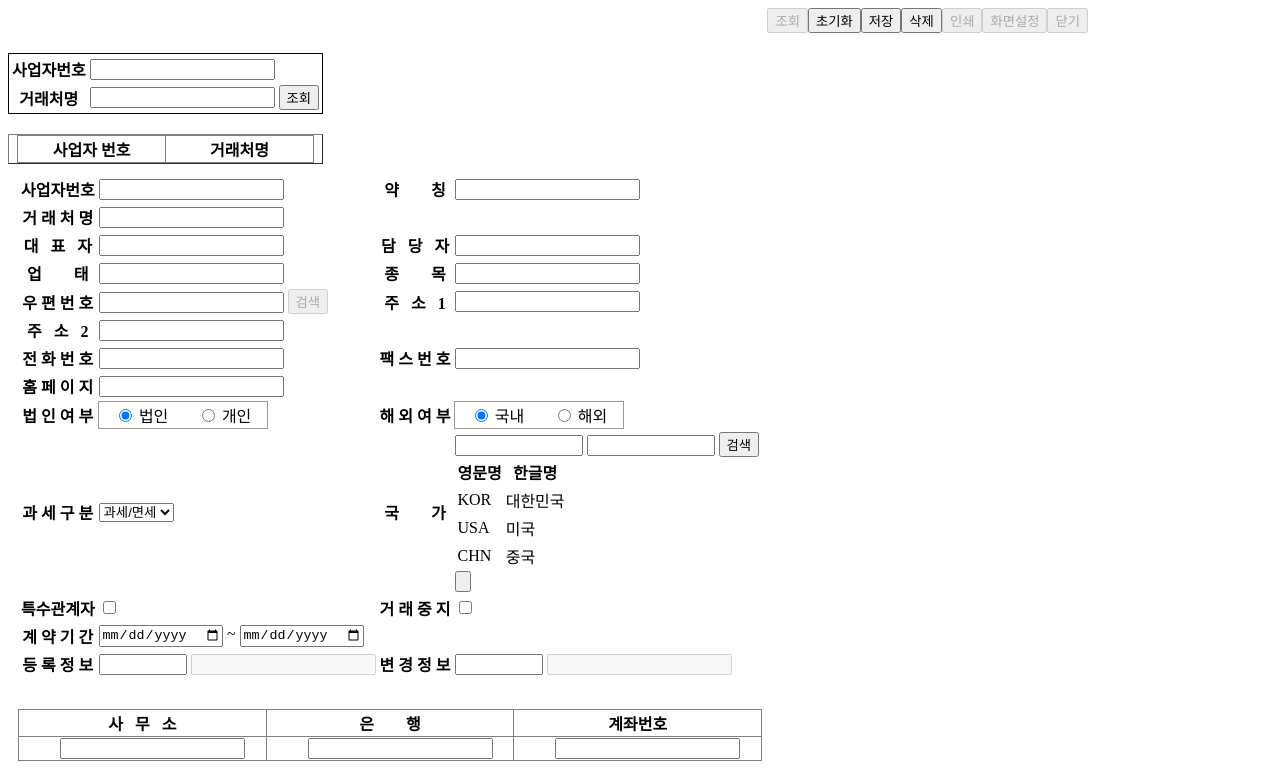
Repository: Chocobe/-practice-FrontSide-Tip
Page: http://localhost/wishTestProject/views/accountManager/accountManagerView.jsp
An editor plug-in stored every save of this project. The page is shown before and after the next save, followed by the edit.
The browser window is 1280 px wide. The pictures show the whole page.
The page is served by Tomcat 9. Nobody is signed in. The application's start-up code is not run. Other server files are loaded and not shown.

Above is the page before, as saved 2020-02-27 07:55:37.

### wishTest/wishTestProject/WebContent/views/accountManager/accountManagerView.jsp
<%@page import="java.util.Date"%>
<%@page import="java.io.File"%>
<%@ page
	language="java"
	contentType="text/html;charset=UTF-8"
	pageEncoding="UTF-8"

	info="거래처 관리 페이지"
%>

<%@ taglib prefix="c" uri="http://java.sun.com/jsp/jstl/core" %>

<c:set var="contextPath" value="<%= request.getContextPath() %>"/>


<%
	String accountManagerView_css = application.getRealPath("/css/accountManager/accountManagerView.css");
	File accountManagerView_css_file = new File(accountManagerView_css);
	Date accountManagerView_css_ver = new Date(accountManagerView_css_file.lastModified());

	String accountManagerView_js = application.getRealPath("/js/accountManager/accountManagerView.js");
	File accountManagerView_js_file = new File(accountManagerView_js);
	Date accountManagerView_js_ver = new Date(accountManagerView_js_file.lastModified());
%>

<c:set var="accountManagerView_css_ver" value="<%= accountManagerView_css_ver %>"/>
<c:set var="accountManagerView_js_ver" value="<%= accountManagerView_js_ver %>"/>


<!DOCTYPE html>
<html lang="ko">
    <head>
        <meta charset="UTF-8">
        <title>거래처 관리</title>

        <link href="${contextPath}/css/accountManager/accountManagerView.css?ver=${accountManagerView_css_ver}" rel="stylesheet" type="text/css">
    </head>

    <body>
        <div class="wrap">
            <!-- 버튼 컨테이너 -->
            <div class="buttonContainer">
                <input type="button" class="search" value="조회" disabled>
                <input type="button" class="init" value="초기화" onclick="initPage(`${contextPath}`);">
                <input type="button" class="insert" value="저장" onclick="insertData(`${contextPath}`);">
                <input type="button" class="delete" value="삭제" onclick="deleteData(`${contextPath}`);">
                <input type="button" class="print" value="인쇄" disabled>
                <input type="button" class="config" value="화면설정" disabled>
                <input type="button" class="close" value="닫기" disabled>
            </div>


            <!-- 검색 컨테이너 -->
            <div class="searchContainer">
                <!-- 검색창 -->
                <div class="searchInnerContainer">
                    <table>
                        <tr>
                            <th>사업자번호</th>

                            <td>
                                <input type="text" name="voBusiNum" class="searchVoBusiNum">
                            </td>

                            <td></td>
                        </tr>

                        <tr>
                            <th>거래처명</th>

                            <td>
                                <input type="text" name="voCustom" class="searchVoCustom">
                            </td>

                            <td>
                                <input type="submit" value="조회" onclick="searchData(`${contextPath}`);">
                            </td>
                        </tr>
                    </table>
                </div>


                <!-- 검색 결과창 -->
                <div class="resultContainer">
                    <table border="1" style="border-collapse: collapse">
                        <tr>
                            <th>사업자 번호</th>
                            <th>거래처명</th>
                        </tr>
                    </table>
                </div>
            </div>


            <!-- 입력 컨테이너 -->
            <!-- "저장"버튼 - js로 submit() -->
            <div class="insertContainer">
                <form class="insertForm" action="${contextPath}/insertCustom.do" method="POST">
                    <table>
                        <tr>
                            <th>사업자번호</th>

                            <td>
                                <input type="text" name="voBusiNum" class="voBusiNum">
                                <input type="hidden" name="voBusiNumOrigin" class="voBusiNumOrigin">
                            </td>


                            <th>약&nbsp;&nbsp;&nbsp;&nbsp;&nbsp;&nbsp;&nbsp;&nbsp;칭</th>

                            <td>
                                <input type="text" name="voShort" class="voShort">
                            </td>
                        </tr>

                        <tr>
                            <th>거 래 처 명</th>

                            <td colspan="4">
                                <input type="text" name="voCustom" class="voCustom longBox">
                            </td>
                        </tr>

                        <tr>
                            <th>대&nbsp;&nbsp;&nbsp;표&nbsp;&nbsp;&nbsp;자</th>

                            <td>
                                <input type="text" name="voCEO" class="voCEO">
                            </td>


                            <th>담&nbsp;&nbsp;&nbsp;당&nbsp;&nbsp;&nbsp;자</th>

                            <td>
                                <input type="text" name="voChargePerson" class="voChargePerson">
                            </td>
                        </tr>

                        <tr>
                            <th>업&nbsp;&nbsp;&nbsp;&nbsp;&nbsp;&nbsp;&nbsp;&nbsp;태</th>

                            <td>
                                <input type="text" name="voBusiCondition" class="voBusiCondition">
                            </td>


                            <th>종&nbsp;&nbsp;&nbsp;&nbsp;&nbsp;&nbsp;&nbsp;&nbsp;목</th>

                            <td>
                                <input type="text" name="voItem" class="voItem">
                            </td>
                        </tr>

                        <tr>
                            <th>우 편 번 호</th>

                            <td>
                                <input type="text" name="voPostNum" class="voPostNum">
                                <input type="button" class="postSearchButton" value="검색" disabled>
                            </td>

                            <th>주&nbsp;&nbsp;&nbsp;소&nbsp;&nbsp;&nbsp;1</th>

                            <td>
                                <input type="text" name="voAddr1" class="voAddr1">
                            </td>
                        </tr>

                        <tr>
                            <th>주&nbsp;&nbsp;&nbsp;소&nbsp;&nbsp;&nbsp;2</th>

                            <td colspan="3">
                                <input type="text" name="voAddr2" class="voAddr2">
                            </td>
                        </tr>

                        <tr>
                            <th>전 화 번 호</th>

                            <td>
                                <input type="text" name="voTEL" class="voTEL">
                            </td>

                            <th>팩 스 번 호</th>

                            <td>
                                <input type="text" name="voFAX" class="voFAX">
                            </td>
                        </tr>

                        <tr>
                            <th>홈 페 이 지</th>

                            <td colspan="3">
                                <input type="text" name="voHomePage" class="voHomePage">
                            </td>
                        </tr>

                        <tr>
                            <th>법 인 여 부</th>

                            <td class="alignTD" style="border: 1px solid #999;">
                                <div class="radioWrap">
                                    <input type="radio" name="voCoYN" class="voCoYN voCoYN_Y" id="voCoYN_L" value="Y" checked>
                                    <label for="voCoYN_L">법인</label>
                                </div>

                                <div class="radioWrap">
                                    <input type="radio" name="voCoYN" class="voCoYN voCoYN_N" id="voCoYN_P" value="N">
                                    <label for="voCoYN_P">개인</label>
                                </div>
                            </td>

                            <th>해 외 여 부</th>

                            <td class="alignTD" style="border: 1px solid #999;">
                                <div class="radioWrap">
                                    <input type="radio" name="voForeignYN" class="voForeignYN voForeignYN_N" id="voForeignYN_L" value="N" checked>
                                    <label for="voForeignYN_L">국내</label>
                                </div>

                                <div class="radioWrap">
                                    <input type="radio" name="voForeignYN" class="voForeignYN voForeignYN_Y" id="voForeignYN_P" value="Y">
                                    <label for="voForeignYN_P">해외</label>
                                </div>
                            </td>
                        </tr>

                        <tr>
                            <th>과 세 구 분</th>

                            <td>
                                <select name="voTaxYN" class="voTaxYN">
                                    <option value="Y" selected>과세/면세</option>
                                    <option value="N">비과세</option>
                                </select>
                            </td>

                            <th>국&nbsp;&nbsp;&nbsp;&nbsp;&nbsp;&nbsp;&nbsp;&nbsp;가</th>

                            <td>
                                <!-- 수정불가로 변경할 것 -->
                                <input type="text" name="voCountryENG" class="voCountryENG">
                                <input type="text" name="voCountryKOR" class="voCountryKOR">

                                <!-- js로 국가 목록 출력 & 위의 입력값에 대입 -->
                                <input type="button" value="검색" onclick="">

                                <div class="countryPop">
                                    <table>
                                        <tr>
                                            <th>영문명</th>
                                            <th>한글명</th>
                                        </tr>

                                        <tr>
                                            <td>KOR</td>
                                            <td>대한민국</td>
                                        </tr>

                                        <tr>
                                            <td>USA</td>
                                            <td>미국</td>
                                        </tr>

                                        <tr>
                                            <td>CHN</td>
                                            <td>중국</td>
                                        </tr>
                                    </table>

                                    <input type="button" class="countryPopCloseButton" onclick="">
                                </div>
                            </td>
                        </tr>

                        <tr>
                            <th>특수관계자</th>

                            <td>
                                <input type="checkbox" name="voSpecialRelation" class="voSpecialRelation" value="Y">
                            </td>

                            <th>거 래 중 지</th>

                            <td>
                                <input type="checkbox" name="voTradeStop" class="voTradeStop" value="Y">
                            </td>
                        </tr>

                        <tr>
                            <th>계 약 기 간</th>

                            <td colspan="3">
                                <input type="date" name="voContractPeriod_S" class="voContractPeriod_S">
                                ~
                                <input type="date" name="voContractPeriod_E" class="voContractPeriod_E">
                            </td>
                        </tr>

                        <tr>
                            <th>등 록 정 보</th>

                            <td>
                                <input type="text" name="voRegiInfoMan" class="voRegiInfoMan">
                                <input type="text" name="voRegiInfoDate" class="voRegiInfoDate" disabled>
                            </td>

                            <th>변 경 정 보</th>

                            <td>
                                <input type="text" name="voModiInfoMan" class="voModiInfoMan">
                                <input type="text" name="voModiInfoDate" class="voModiInfoDate" disabled>
                            </td>
                        </tr>
                    </table>


                    <!-- 거래처 계좌정보 -->
                    <table class="accountInfoTable" border="1" style="border-collapse: collapse;">
                        <tr>
                            <th>사&nbsp;&nbsp;&nbsp;무&nbsp;&nbsp;&nbsp;소</th>
                            <th>은&nbsp;&nbsp;&nbsp;&nbsp;&nbsp;&nbsp;&nbsp;&nbsp;행</th>
                            <th>계좌번호</th>
                        </tr>

                        <tr>
                            <td>
                                <input type="text" name="voFactory" class="voFactory">
                            </td>

                            <td>
                                <input type="text" name="voTradeBank" class="voTradeBank">
                            </td>

                            <td>
                                <input type="text" name="voAccountNum" class="voAccountNum">
                            </td>
                        </tr>
                    </table>
                </form>
            </div>
        </div>


        <script src="http://code.jquery.com/jquery-latest.min.js"></script>
        <script src="${contextPath}/js/accountManager/accountManagerView.js?ver=${accountManagerView_js_ver}" type="text/javascript"></script>
    </body>
</html>

### wishTest/wishTestProject/WebContent/css/accountManager/accountManagerView.css
@charset "UTF-8";

/* .wrap */
    .wrap {
        width: 1080px;

        display: flex;
        flex-flow: row wrap;

        position: relative;
    }


/* .buttonContainer */
    .buttonContainer {
        width: 100%;

        margin-bottom: 20px;

        display: flex;
        flex-flow: row wrap;
        justify-content: flex-end;
    }


/* .searchContainer */
    .searchContainer {
        margin-right: 10px;
        position: relative;
    }


    /* .searchInnerContainer */
    .searchContainer .searchInnerContainer {
        border: 1px solid #000;

        margin-bottom: 20px;
    }


    /* .resultContainer */
    .searchContainer .resultContainer {
    }

    .searchContainer .resultContainer table {
        display: flex;
        justify-content: center;
    }

    .searchContainer .resultContainer table tr th,
    .searchContainer .resultContainer table tr td {
        width: 145px;

        text-align: center;
    }



    .insertContainer .insertForm {
        padding: 10px;
    }

    .insertContainer .insertForm tr .alignTD {
        width: 166px;

        display: flex;
        flex-flow: row wrap;
        justify-content: space-around;
    }

    .insertContainer .insertForm .voCountryENG,
    .insertContainer .insertForm .voCountryKOR {
        width: 120px;
    }


    /* .accountInfoTable */
    .accountInfoTable {
        width: 100%;

        margin-top: 30px;
    }

    .accountInfoTable tr td input {
        margin-left: 40px;
        text-align: center;
    }

    .voRegiInfoMan,
    .voModiInfoMan {
    	width: 80px;
    }

### wishTest/wishTestProject/WebContent/js/accountManager/accountManagerView.js
let parsedJSON = null;
let insertButtonURL;

const insertURL = "/insertAccountManagerData.do";
const updateURL = "/updateAccountManagerData.do";

// 초기화
$(function() {
	insertButtonURL = insertURL;
});


// 입력창 초기화
	function initPage(context) {
		location.href = context + "/accountManagerView.do";
	}


// 거래처 검색버튼 메서드
	function searchData(context) {
		const resultContainerTable = $(".resultContainer").children("table").children("tbody");

		const voBusiNum = $(".searchVoBusiNum").val();
		const voCustom = $(".searchVoCustom").val();

		$.ajax({
			type: "POST",
			async: true,
			url: context + "/searchAccountManagerData.do",
			dataType: "TEXT",
			data: {
				"voBusiNum": voBusiNum,
				"voCustom": voCustom
			},
			success: function(jsonString, status) {
				insertButtonURL = updateURL;

				parsedJSON = JSON.parse(jsonString);
				$(".searchCustomData").remove();

				if(parsedJSON == null) {
					alert("데이터를 찾을 수 없습니다.");
					return;
				}

				const tr = $("<tr>").attr({
					"class": "searchCustomData",
				});
				const newBusiNum = $("<td>").text(parsedJSON.customVO.voBusiNum);
				const newCustom = $("<td>").text(parsedJSON.customVO.voCustom);

				$(tr).dblclick(function() {
					viewTotalData();
					alert(insertButtonURL);
				});


				$(tr).append(newBusiNum);
				$(tr).append(newCustom);

				$(resultContainerTable).append(tr);

				/* 출력형식
	            <tr class="searchCustomData">
	                <td>111-11-11111</td>
	                <td>롯데마트</td>
	            </tr>
	            */
			}
		});
	}


	function viewTotalData() {
		/* CUSTOM 데이터 */
		$(".voBusiNum").val(parsedJSON.customVO.voBusiNum);
		$(".voBusiNumOrigin").val(parsedJSON.customVO.voBusiNum);
		$(".voCustom").val(parsedJSON.customVO.voCustom);
		$(".voShort").val(parsedJSON.customVO.voShort);

		$(".voCEO").val(parsedJSON.customVO.voCEO);
		$(".voChargePerson").val(parsedJSON.customVO.voChargePerson);
		$(".voBusiCondition").val(parsedJSON.customVO.voBusiCondition);
		$(".voItem").val(parsedJSON.customVO.voItem);
		$(".voPostNum").val(parsedJSON.customVO.voPostNum);

		$(".voAddr1").val(parsedJSON.customVO.voAddr1);
		$(".voAddr2").val(parsedJSON.customVO.voAddr2); // jj

		$(".voTEL").val(parsedJSON.customVO.voTEL);
		$(".voFAX").val(parsedJSON.customVO.voFAX);
		$(".voHomePage").val(parsedJSON.customVO.voHomePage);


		const voCoYN = parsedJSON.customVO.voCoYN;
		if(voCoYN == "N") {
			$(".voCoYN_N").prop("checked", true);
		}

		const voForeignYN = parsedJSON.customVO.voForeignYN;
		if(voForeignYN == "Y") {
			$(".voForeignYN_Y").prop("checked", true);
		}

		const voTaxYN = parsedJSON.customVO.voTaxYN;
		if(voTaxYN == "N") {
			$(".voTaxYN").val("N");
		}

		$(".voCountryENG").val(parsedJSON.customVO.voCountryENG);
		$(".voCountryKOR").val(parsedJSON.customVO.voCountryKOR);

		const voSpecialRelation = parsedJSON.customVO.voSpecialRelation;
		if(voSpecialRelation == "Y") {
			$(".voSpecialRelation").prop("checked", true);
		}

		const voTradeStop = parsedJSON.customVO.voTradeStop;
		if(voTradeStop == "Y") {
			$(".voTradeStop").prop("checked", true);
		}

		$(".voContractPeriod_S").val(parsedJSON.customVO.voContractPeriod_S_String);
		$(".voContractPeriod_E").val(parsedJSON.customVO.voContractPeriod_E_String);

		$(".voRegiInfoMan").val(parsedJSON.customVO.voRegiInfoMan);
		$(".voRegiInfoDate").val(parsedJSON.customVO.voRegiInfoDate_String);

		$(".voModiInfoMan").val(parsedJSON.customVO.voModiInfoMan);
		$(".voModiInfoDate").val(parsedJSON.customVO.voModiInfoDate_String);

		/* ACCOUNT 데이터 */
		$(".voFactory").val(parsedJSON.accountVO.voFactory);
		$(".voTradeBank").val(parsedJSON.accountVO.voTradeBank);
		$(".voAccountNum").val(parsedJSON.accountVO.voAccountNum);
	}


// 거래처 데이터 저장버튼 메서드
	function insertData(context) {
		$.ajax({
			type: "POST",
			async: true,
			url: context + insertButtonURL,
			dataType: "TEXT",
			data: {
				"voBusiNum": $(".voBusiNum").val(),
				"voBusiNumOrigin": $(".voBusiNumOrigin").val(),
				"voCustom": $(".voCustom").val(),
				"voShort": $(".voShort").val(),

				"voCEO": $(".voCEO").val(),
				"voChargePerson": $(".voChargePerson").val(),
				"voBusiCondition": $(".voBusiCondition").val(),
				"voItem": $(".voItem").val(),
				"voPostNum": $(".voPostNum").val(),

				"voAddr1": $(".voAddr1").val(),
				"voAddr2": $(".voAddr2").val(),

				"voTEL": $(".voTEL").val(),
				"voFAX": $(".voFAX").val(),
				"voHomePage": $(".voHomePage").val(),

				"voCoYN": $(".voCoYN:checked").val(),
				"voForeignYN": $(".voForeignYN:checked").val(),
				"voTaxYN": $(".voTaxYN").val(),

				"voCountryENG": $(".voCountryENG").val(),
				"voCountryKOR": $(".voCountryKOR").val(),

				"voSpecialRelation": $(".voSpecialRelation:checked").val(),
				"voTradeStop": $(".voTradeStop:checked").val(),

				"voContractPeriod_S": $(".voContractPeriod_S").val(),
				"voContractPeriod_E": $(".voContractPeriod_E").val(),

				"voRegiInfoMan": $(".voRegiInfoMan").val(),
				"voRegiInfoDate": $(".voRegiInfoDate").val(),
				"voModiInfoMan": $(".voModiInfoMan").val(),
				"voModiInfoDate": $(".voModiInfoDate").val(),

				"voFactory": $(".voFactory").val(),
				"voTradeBank": $(".voTradeBank").val(),
				"voAccountNum": $(".voAccountNum").val()
			},
			success: function(result, status) {
				if(result == 1) {
					alert("데이터 저장 완료");

				} else {
					alert("데이터 저장 실패...");
				}

				location.href = context + "/accountManagerView.do";
			}
		});
	}


// 거래처 데이터 삭제버튼 메서드
	function deleteData(context) {
		const voBusiNum = $(".voBusiNum").val();

		$.ajax({
			type: "POST",
			async: true,
			url: context + "/deleteAccountManagerData.do",
			dataType: "TEXT",
			data: {
				"voBusiNum": voBusiNum
			},
			success: function(resultValue, status) {
				if(resultValue > 0) {
					alert(voBusiNum + " 데이터가 삭제 되었습니다.");
					location.href = context + "/accountManagerView.do";

				} else {
					alert(voBusiNum + " (은)는 존재하지 않는 데이터 입니다.");
				}
			}
		});
	}

After the next save:
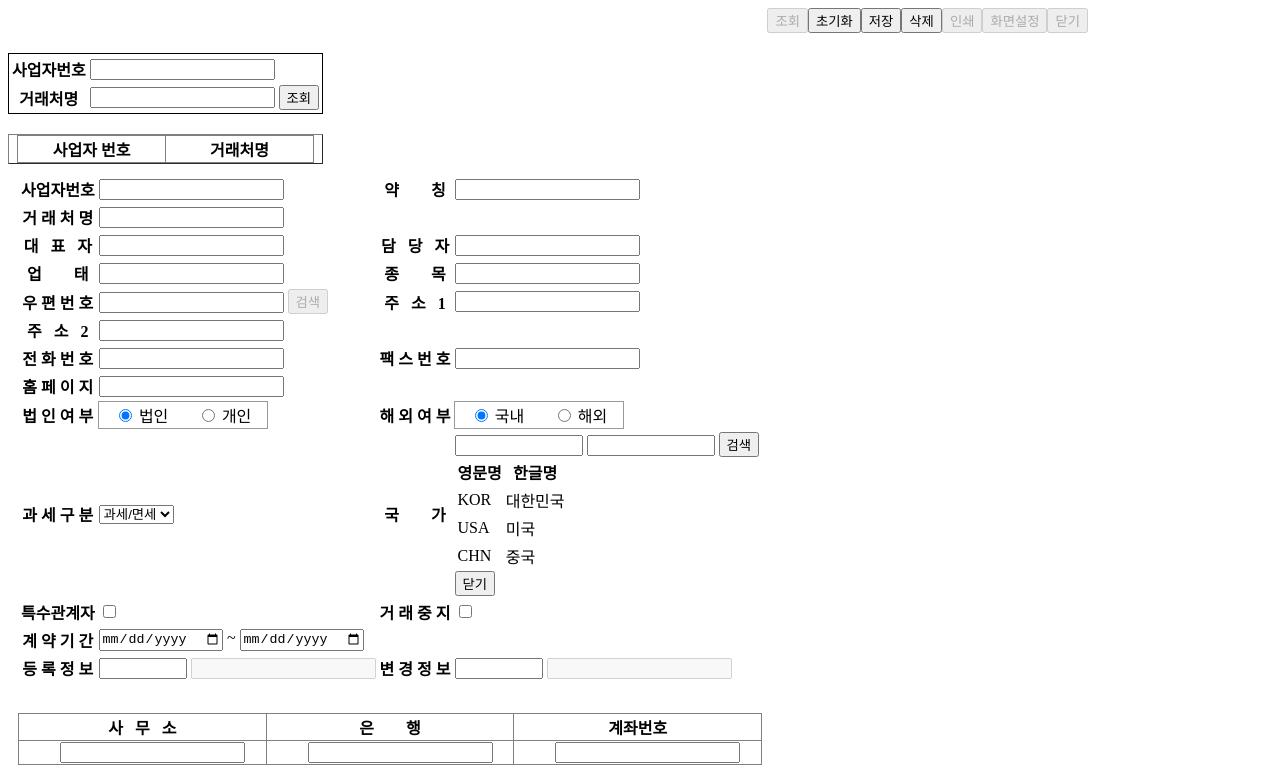
Saved 8 s later.
--- a/wishTest/wishTestProject/WebContent/views/accountManager/accountManagerView.jsp
+++ b/wishTest/wishTestProject/WebContent/views/accountManager/accountManagerView.jsp
@@ -269,7 +269,7 @@
                                         </tr>
                                     </table>
 
-                                    <input type="button" class="countryPopCloseButton" onclick="">
+                                    <input type="button" class="countryPopCloseButton" value="닫기" onclick="">
                                 </div>
                             </td>
                         </tr>
